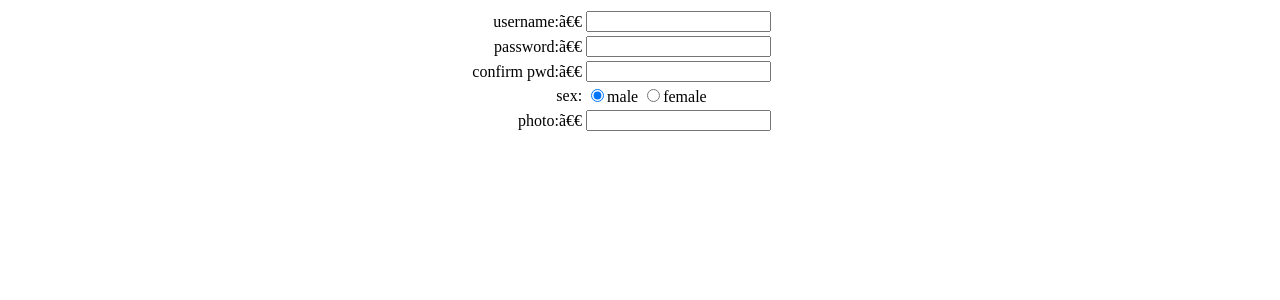
Repository: GetHubByYc/MyEclipse
Page: http://localhost/CheckLogin/reg.jsp
An editor plug-in stored every save of this project. The page is shown before and after the next save, followed by the edit.
The browser window is 1280 px wide. The pictures show the whole page.
The page is served by Tomcat 9. Other server files are loaded and not shown.

Above is the page before, as saved 2015-11-13 14:10:25.

### CheckLogin/WebRoot/reg.jsp
<%@ page language="java" import="java.util.*" pageEncoding="ISO-8859-1"%>

<!DOCTYPE HTML PUBLIC "-//W3C//DTD HTML 4.01 Transitional//EN">
<html>
  <head>
    <title>My JSP 'reg.jsp' starting page</title>

	<meta http-equiv="pragma" content="no-cache">
	<meta http-equiv="cache-control" content="no-cache">
	<meta http-equiv="expires" content="0">
	<meta http-equiv="keywords" content="keyword1,keyword2,keyword3">
	<meta http-equiv="description" content="This is my page">
	<!--
	<link rel="stylesheet" type="text/css" href="styles.css">
	-->

  </head>

  <body>
    <table align="center" width="450" border="0">
    	<tr>
    		<td align="right">username:　</td>
    		<td><input type="text" name="username" ></td>
    	</tr>
    	<tr>
    		<td align="right">password:　</td>
    		<td><input type="text" name="pwd" ></td>
    	</tr>
    	<tr>
    		<td align="right">confirm pwd:　</td>
    		<td><input type="text" name="repwd" ></td>
    	</tr>
    	<tr>
    		<td align="right">sex: </td>
    		<td>
    			<input type="radio" name="sex" value="male" checked="checked">male
    			<input type="radio" name="sex" value="fmale">female
    		</td>

    	</tr>
    	<tr>
    		<td align="right">photo:　</td>
    		<td><input type="text" name="username" ></td>
    	</tr>
    </table>
  </body>
</html>

After the next save:
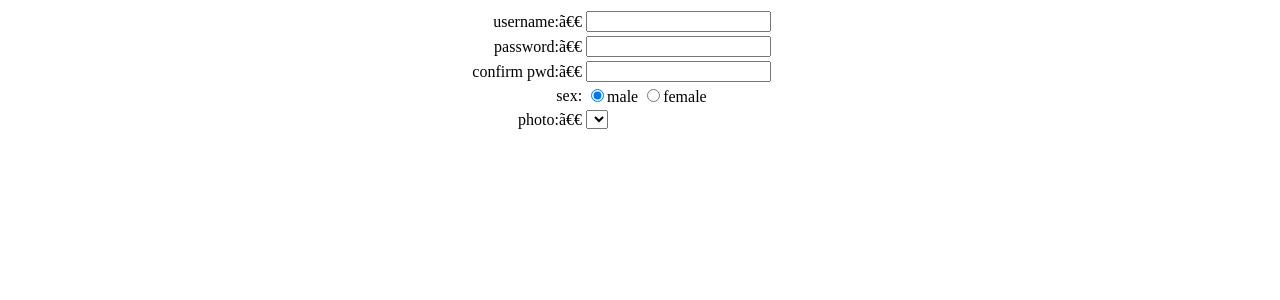
Saved 35 s later.
--- a/CheckLogin/WebRoot/reg.jsp
+++ b/CheckLogin/WebRoot/reg.jsp
@@ -40,7 +40,9 @@
     	</tr>
     	<tr>
     		<td align="right">photo:　</td>
-    		<td><input type="text" name="username" ></td>
+    		<td>
+    			<select name="photo" id="photo" onchange="change()"></select>
+    		</td>
     	</tr>
     </table>
   </body>
